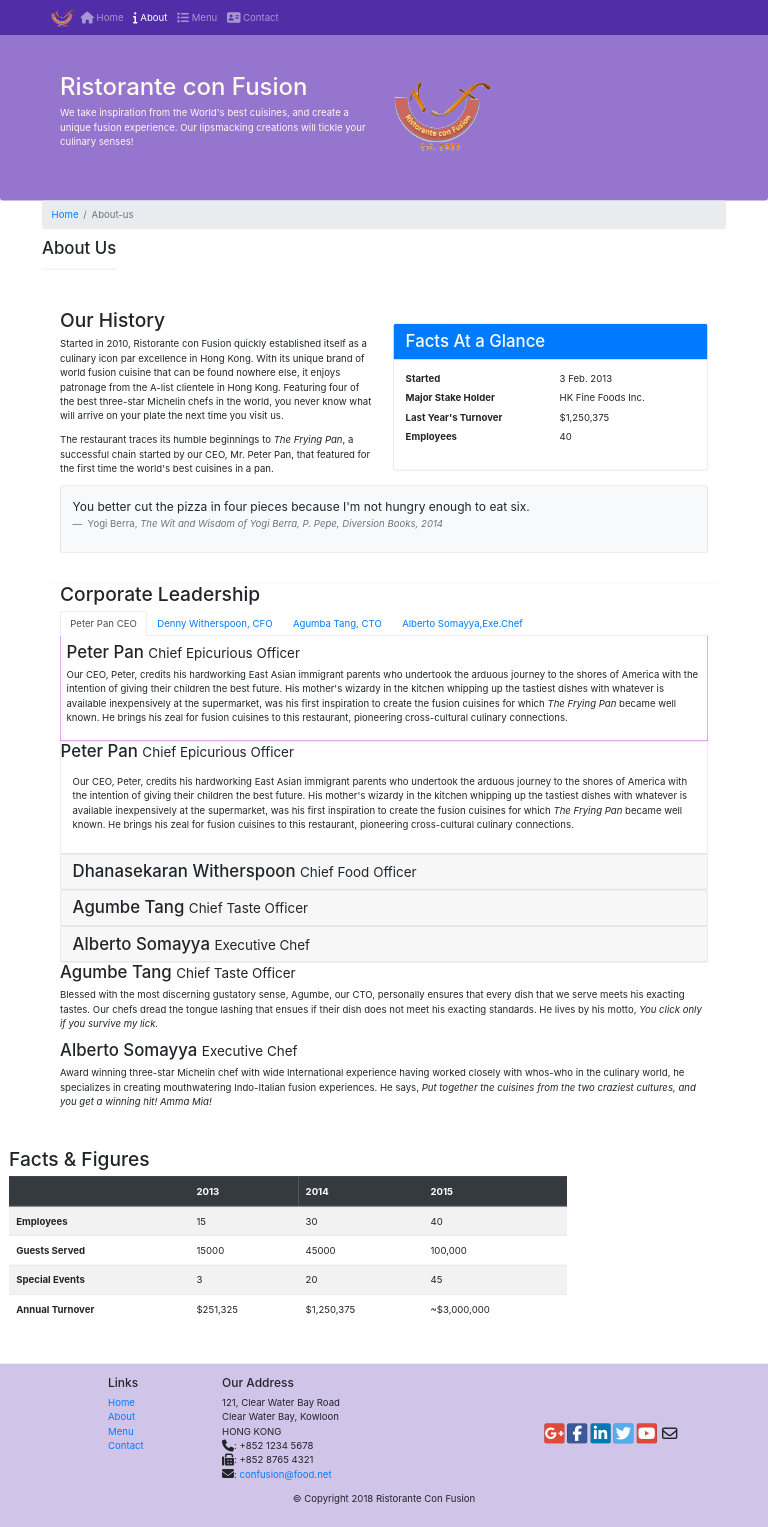
Repository: Samkiroko/Boostrap_intro
Page: about-us.html
These files come from the project's save history. The page is drawn as it stood at one moment and after the next save; the edit follows.
The browser window is 1280 px wide. The pictures show the whole page, at 60% of full size.
Some web libraries are served in a nearby version.

Above is the page before, as saved 2020-02-05 11:45:25.

After the next save:
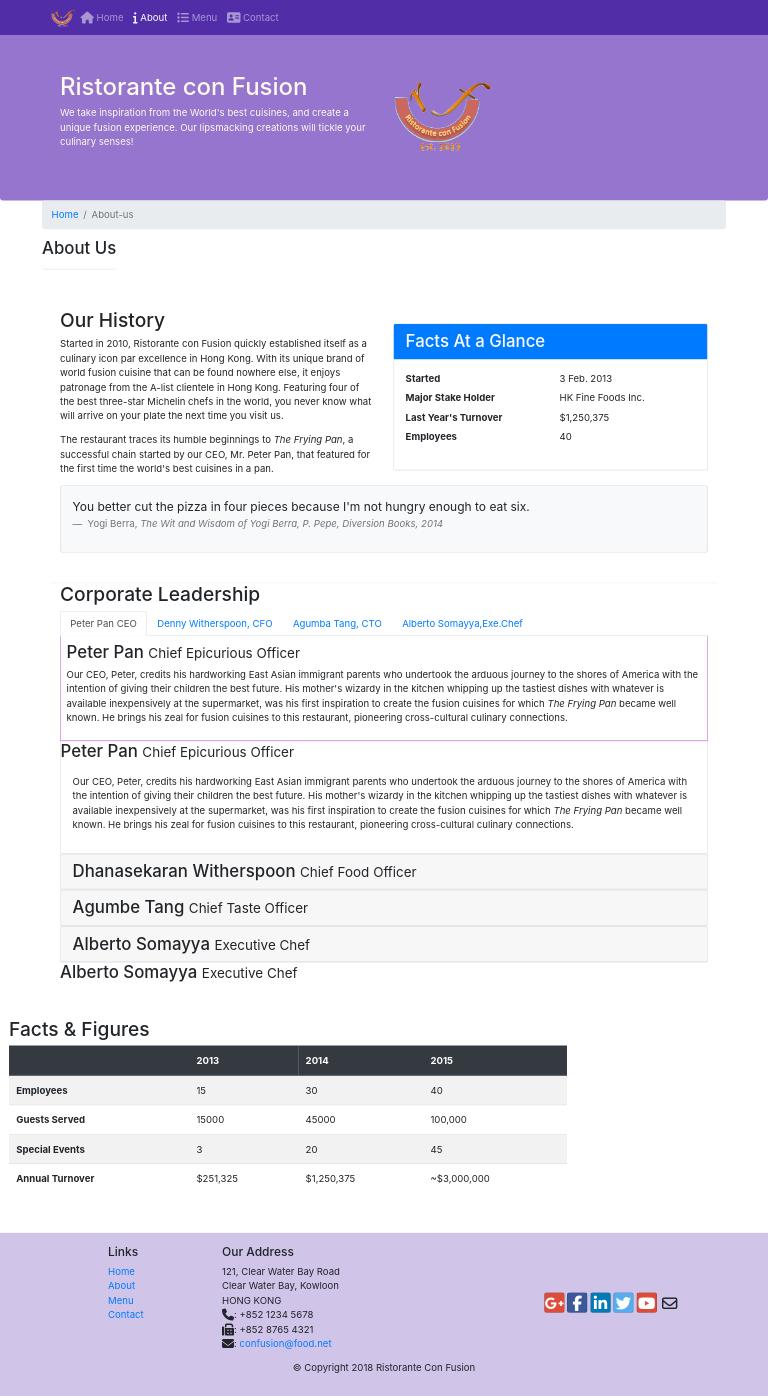
Saved 36 s later.
--- a/about-us.html
+++ b/about-us.html
@@ -294,64 +294,61 @@
               </div>
             </div>
             <div class="card">
-                            <div class="card-header" role="tab" id="agumbehead">
-                            <h3 class="mb-0">
-                                <a class="collapsed" data-toggle="collapse" data-target="#agumbe">
-                                Agumbe Tang <small>Chief Taste Officer</small>
-                                </a>
-                            </h3>
-                        </div>
-                        <div class="collapse" id="agumbe" data-parent="#accordion">
-                            <div class="card-body">
-                                <p class="d-none d-sm-block">
-              Blessed with the most discerning gustatory sense, Agumbe, our CTO,
-              personally ensures that every dish that we serve meets his
-              exacting tastes. Our chefs dread the tongue lashing that ensues if
-              their dish does not meet his exacting standards. He lives by his
-              motto,
-              <em>You click only if you survive my lick.</em>
-            </p>
-                            </div>
-                        </div>
-                    </div>
-                    <div class="card">
-                            <div class="card-header" role="tab" id="albertohead">
-                            <h3 class="mb-0">
-                                <a class="collapsed" data-toggle="collapse" data-target="#alberto">
-                                Alberto Somayya <small>Executive Chef</small>
-                                </a>
-                            </h3>
-                        </div>
-                        <div class="collapse" id="alberto" data-parent="#accordion">
-                            <div class="card-body">
-                                <p class="d-none d-sm-block">. . .</em></p>
-                            </div>
-                        </div>
-                    </div>
-          </div>
-          <div role="tabpanel" class="tab-pane fade show " id="agumba">
-            <h3>Agumbe Tang <small>Chief Taste Officer</small></h3>
-            <p class="d-none d-sm-block">
-              Blessed with the most discerning gustatory sense, Agumbe, our CTO,
-              personally ensures that every dish that we serve meets his
-              exacting tastes. Our chefs dread the tongue lashing that ensues if
-              their dish does not meet his exacting standards. He lives by his
-              motto,
-              <em>You click only if you survive my lick.</em>
-            </p>
-          </div>
+              <div class="card-header" role="tab" id="agumbehead">
+                <h3 class="mb-0">
+                  <a
+                    class="collapsed"
+                    data-toggle="collapse"
+                    data-target="#agumbe"
+                  >
+                    Agumbe Tang <small>Chief Taste Officer</small>
+                  </a>
+                </h3>
+              </div>
+              <div class="collapse" id="agumbe" data-parent="#accordion">
+                <div class="card-body">
+                  <p class="d-none d-sm-block">
+                    Blessed with the most discerning gustatory sense, Agumbe,
+                    our CTO, personally ensures that every dish that we serve
+                    meets his exacting tastes. Our chefs dread the tongue
+                    lashing that ensues if their dish does not meet his exacting
+                    standards. He lives by his motto,
+                    <em>You click only if you survive my lick.</em>
+                  </p>
+                </div>
+              </div>
+            </div>
+            <div class="card">
+              <div class="card-header" role="tab" id="albertohead">
+                <h3 class="mb-0">
+                  <a
+                    class="collapsed"
+                    data-toggle="collapse"
+                    data-target="#alberto"
+                  >
+                    Alberto Somayya <small>Executive Chef</small>
+                  </a>
+                </h3>
+              </div>
+              <div class="collapse" id="alberto" data-parent="#accordion">
+                <div class="card-body">
+                  <p class="d-none d-sm-block">
+                    Award winning three-star Michelin chef with wide
+                    International experience having worked closely with whos-who
+                    in the culinary world, he specializes in creating
+                    mouthwatering Indo-Italian fusion experiences. He says,
+                    <em
+                      >Put together the cuisines from the two craziest cultures,
+                      and you get a winning hit! Amma Mia!</em
+                    >
+                  </p>
+                </div>
+              </div>
+            </div>
+          </div>
+
           <div role="tabpanel" class="tab-pane fade show " id="alberto">
             <h3>Alberto Somayya <small>Executive Chef</small></h3>
-            <p class="d-none d-sm-block">
-              Award winning three-star Michelin chef with wide International
-              experience having worked closely with whos-who in the culinary
-              world, he specializes in creating mouthwatering Indo-Italian
-              fusion experiences. He says,
-              <em
-                >Put together the cuisines from the two craziest cultures, and
-                you get a winning hit! Amma Mia!</em
-              >
-            </p>
           </div>
         </div>
       </div>
